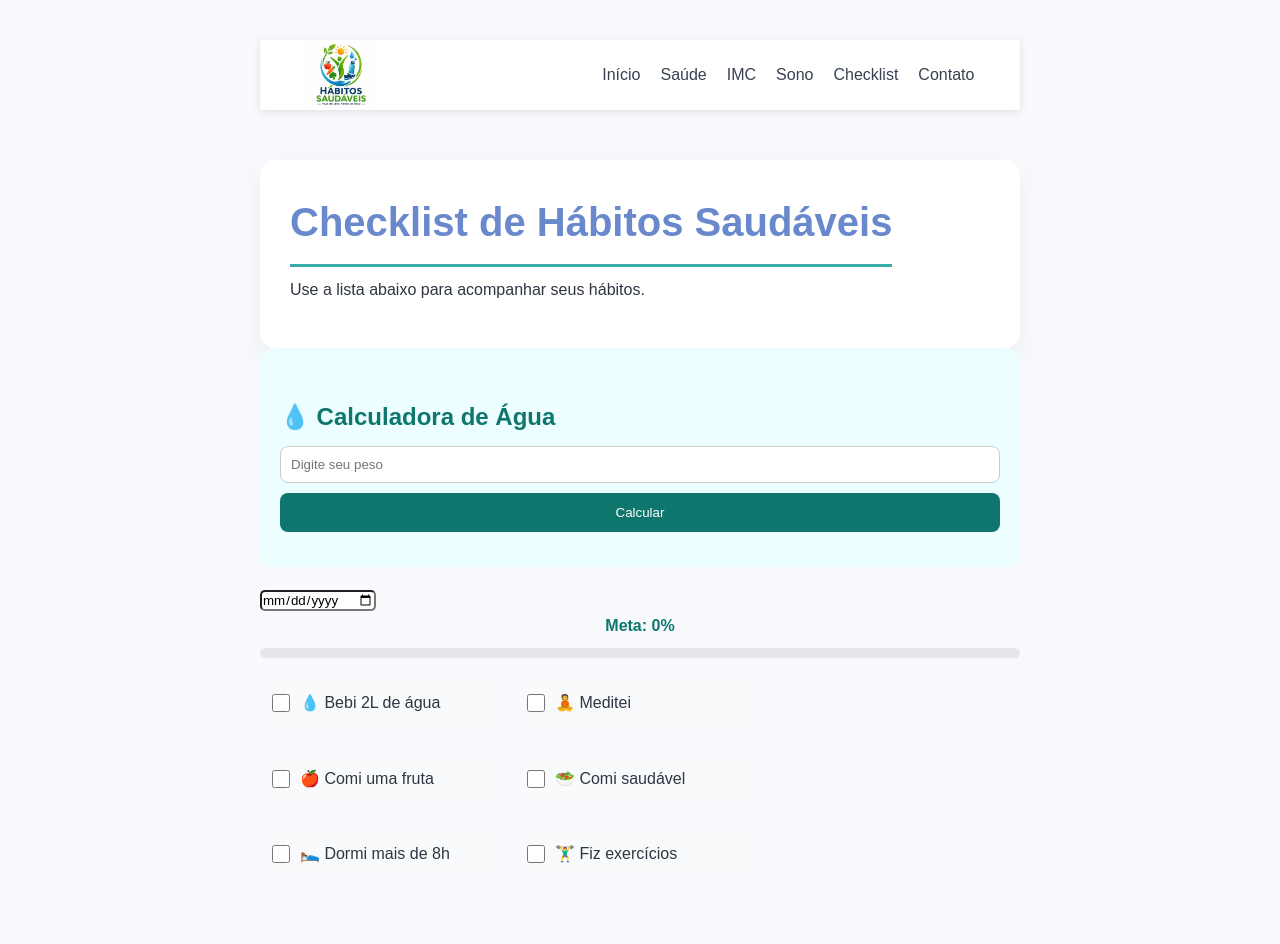
Repository: habitos2026/projetointegrador2026
Page: checklist.html
These files come from the project's save history. The page is drawn as it stood at one moment and after a run of saves; the edit follows.
The browser window is 1280 px wide. The pictures show the whole page.

Above is the page before, as saved 2026-06-06 14:30:28.

After the next 2 saves:
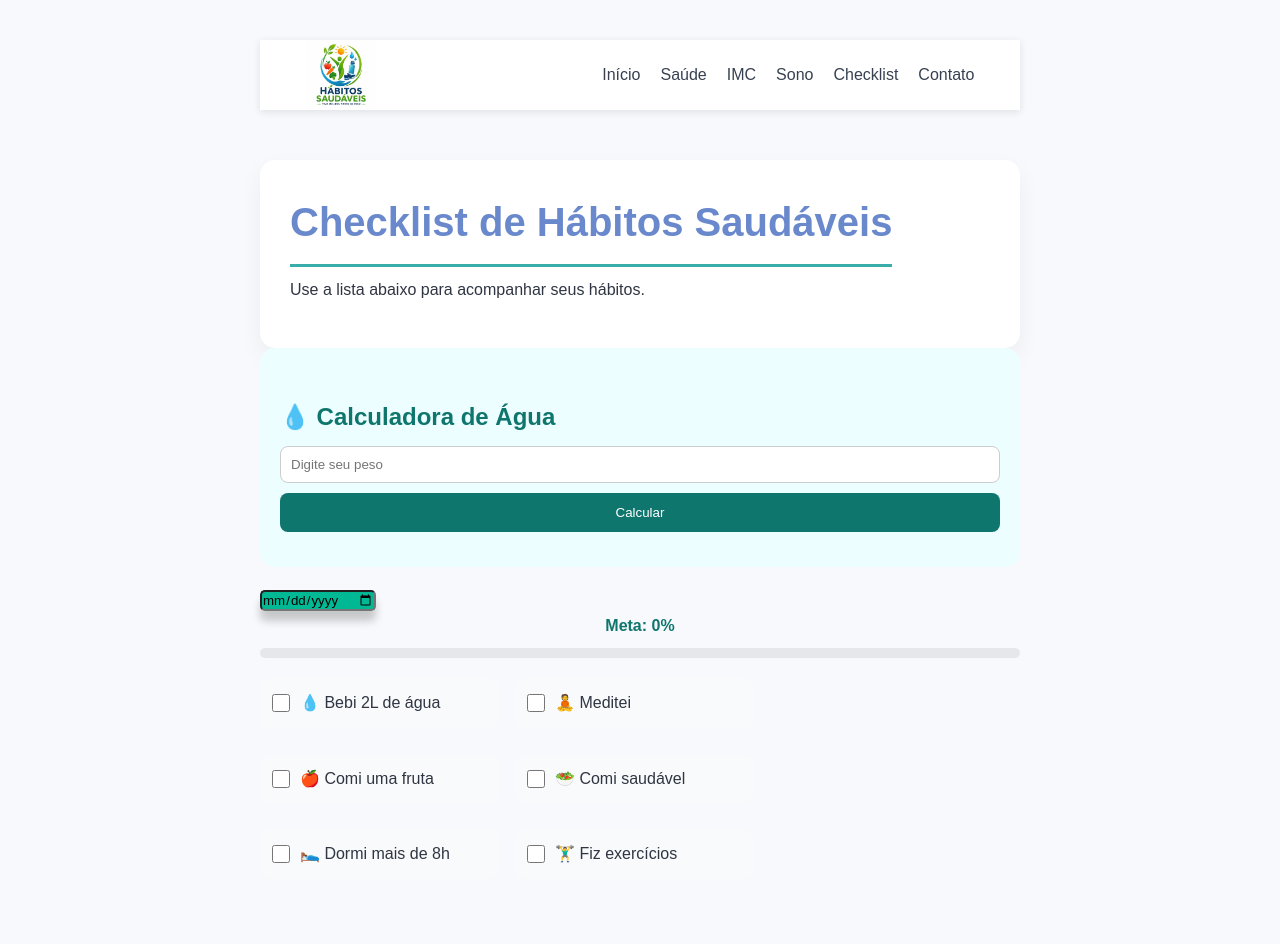
The 2 saves are shown as one change because they came seconds apart.
The last was saved 37 s later.
--- a/checklist.html
+++ b/checklist.html
@@ -154,7 +154,10 @@
 
 .data{
     border-radius: 5px;
-    transition: all 0.5s;
+    transition: cursor: pointer;
+    background: #00b894;
+    box-shadow: 0 10px 8px rgba(0, 0, 0, 0.2);
+    transform0.5s;
 }
 
 .data::-webkit-calendar-picker-indicator{
